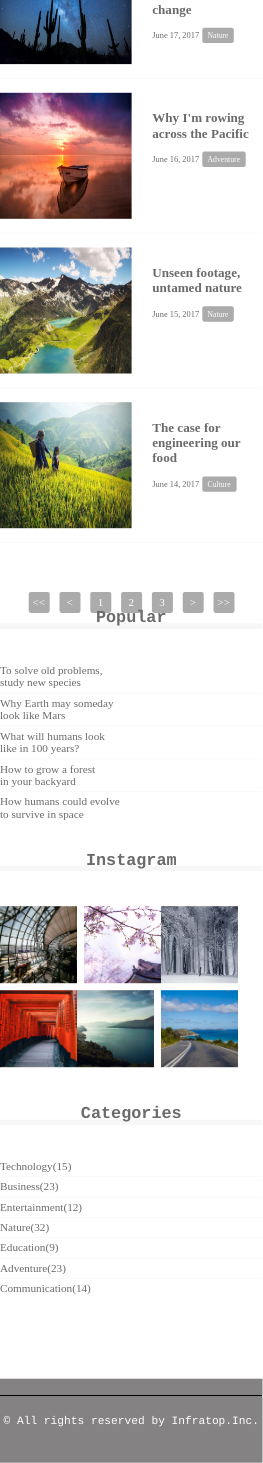
Repository: momopomi/htmlcss
Page: caravan/index.html
The author's editor kept a record of every edit. The page is drawn from the files as they stood at one moment, then again after the next edit.
The browser window is 375 px wide. The pictures show the part of the page from y = 911 to 3151 px (the page is 3001 px tall before and 3151 px after), at 70% of full size.
Some web libraries are served in a nearby version.

Above is the page before.

After the next edit:
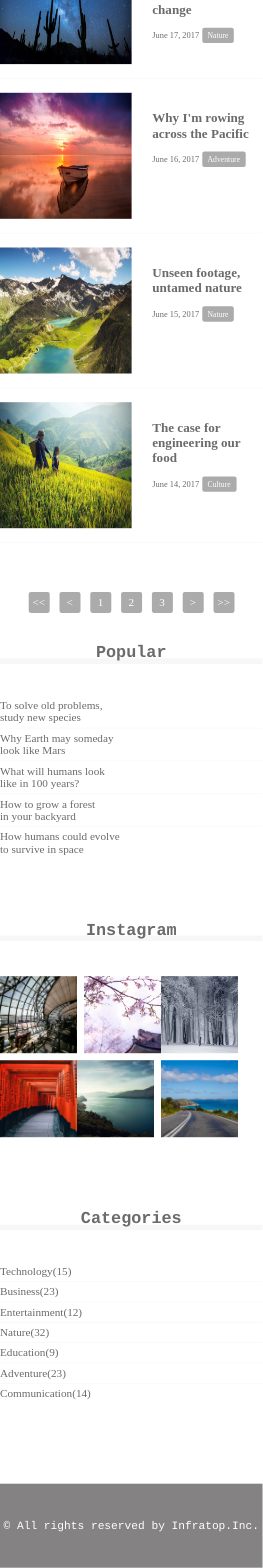
The edit:
--- a/caravan/style.css
+++ b/caravan/style.css
@@ -264,9 +264,7 @@
   }
 
   .common-heading {
-    border-bottom: 8px solid #f7f7f7;
-    text-align: center;
-    line-height: 0.6;
+    padding-top: 50px;
   }
 
   .sidebar-contents {
